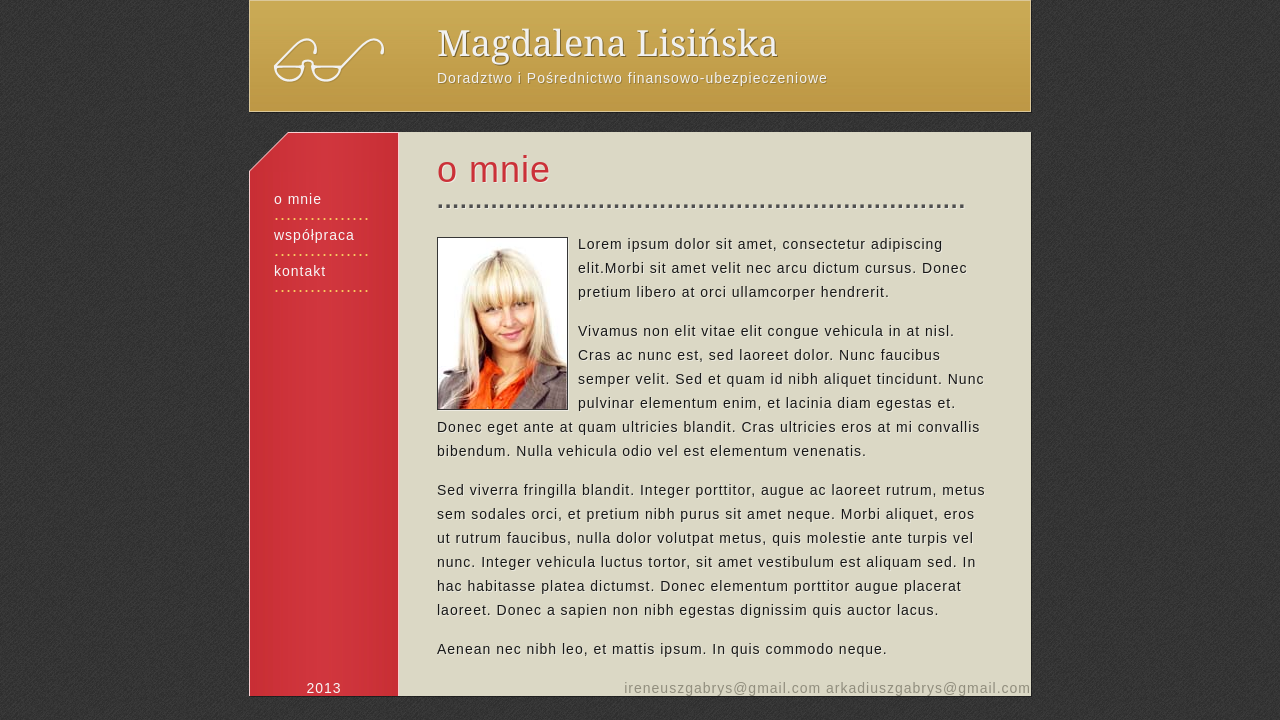
Repository: gabr/php_elicpse_workspace
Page: Magda Lisinska/index.html
An editor plug-in stored every save of this project. The page is shown before and after the next save, followed by the edit.
The browser window is 1280 px wide. The pictures show the whole page.

Above is the page before, as saved 2013-03-06 20:26:26.

After the next save:
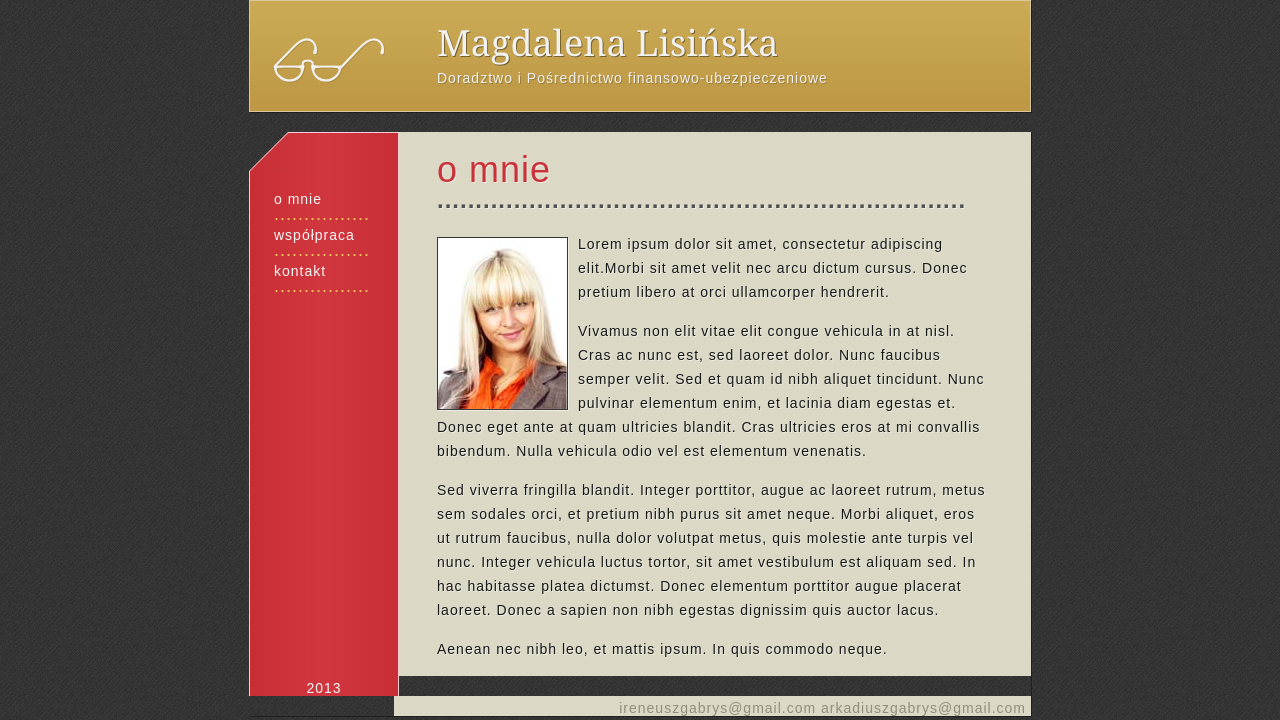
Saved 12 s later.
--- a/Magda Lisinska/css/style.css
+++ b/Magda Lisinska/css/style.css
@@ -179,6 +179,7 @@
     width: 632px;
     height: 20px;
     background: #dbd8c5;
+    padding-right: 5px;
 }
 
 #right-footer p {

After the save that followed:
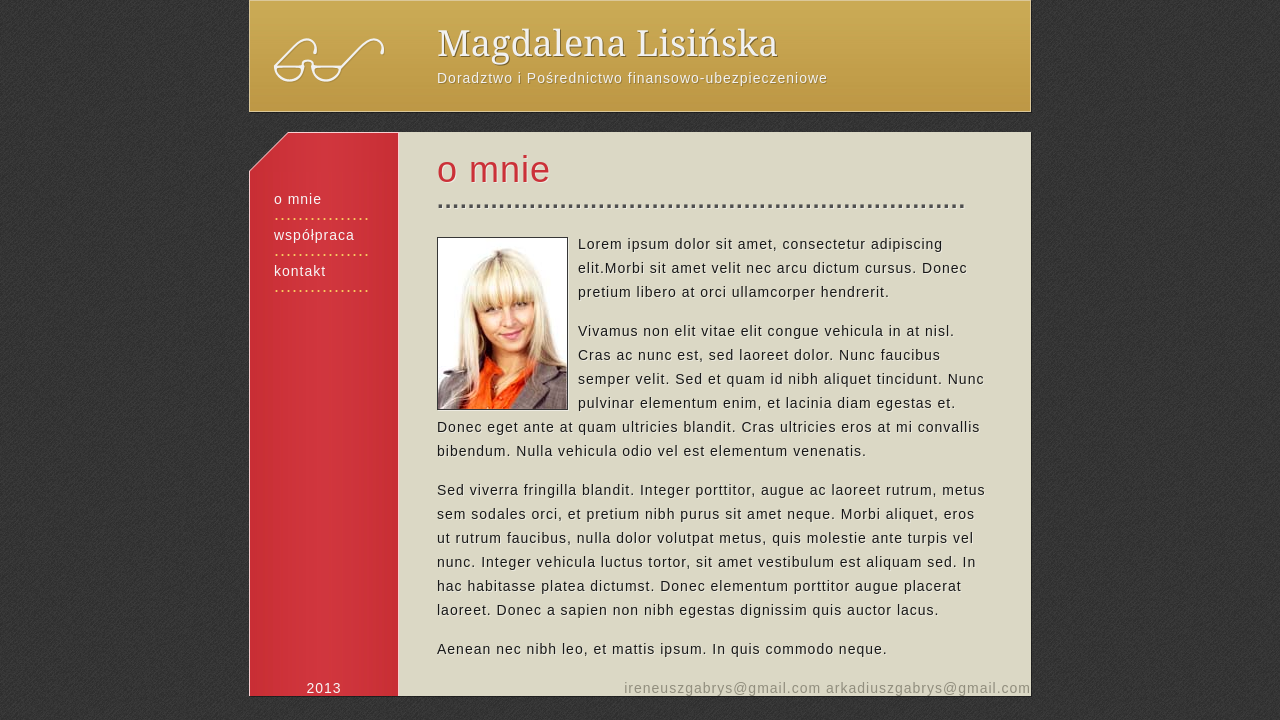
Saved 21 s later.
--- a/Magda Lisinska/css/style.css
+++ b/Magda Lisinska/css/style.css
@@ -179,7 +179,6 @@
     width: 632px;
     height: 20px;
     background: #dbd8c5;
-    padding-right: 5px;
 }
 
 #right-footer p {
